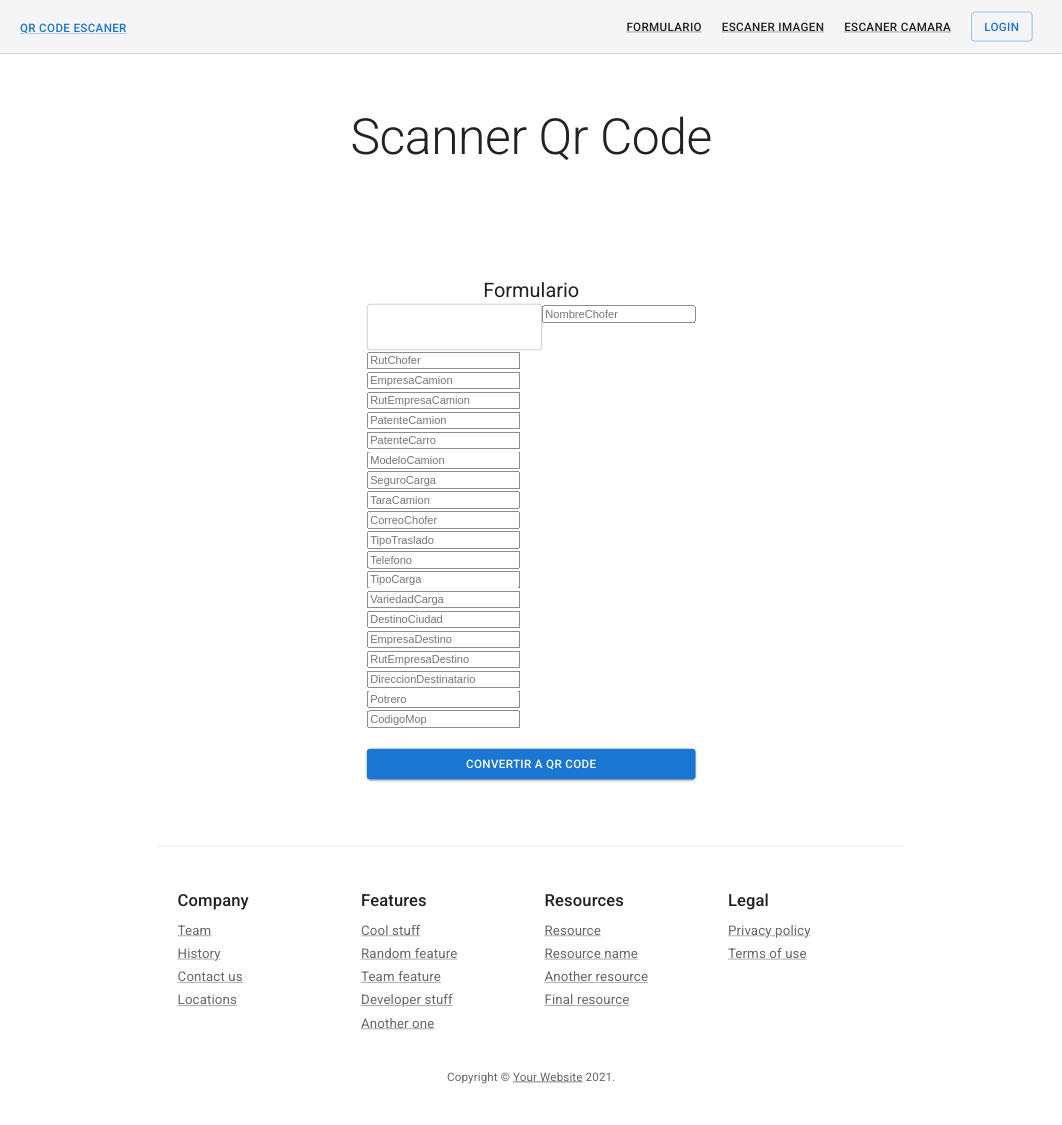
Repository: FlamesAlejandro/QrCodeForm
Page: /form
An editor plug-in stored every save of this project. The page is shown before and after a run of saves, followed by the edit.
The browser window is 1280 px wide. The pictures show the whole page, at 83% of full size.
The project was rebuilt for these pictures with package versions that can differ from the ones it lists, and the page was loaded fresh each time. Also part of the build but not shown: src/App.css, src/components/pages/ImagenEscaner.js, src/components/pages/CamaraEscaner.js, src/components/pages/Home.js.

Above is the page before, as saved 2021-10-24 07:57:27.

### src/App.js
import './App.css';
import { AppRouter } from './routers/AppRouter';

function App() {
  return (
    <>
      <AppRouter />
    </>
  );
}

export default App;

### src/routers/AppRouter.js
import React from 'react'
import { Switch, Route, Redirect, BrowserRouter as Router } from 'react-router-dom'
import CssBaseline from '@mui/material/CssBaseline';
import Typography from '@mui/material/Typography';
import GlobalStyles from '@mui/material/GlobalStyles';
import Container from '@mui/material/Container';
import { MainNavbar } from '../components/ui/MainNavbar';
import { MainFooter } from '../components/ui/MainFooter';
import { Form } from '../components/pages/Form';
import { ImagenEscaner } from '../components/pages/ImagenEscaner';
import { CamaraEscaner } from '../components/pages/CamaraEscaner';
import { Home } from '../components/pages/Home';

export const AppRouter = () => {
    return (
        <>
        <Router>
            <GlobalStyles styles={{ ul: { margin: 0, padding: 0, listStyle: 'none' } }} />
                <CssBaseline />

                <MainNavbar />

                {/* Hero unit */}
                <Container disableGutters maxWidth="sm" component="main" sx={{ pt: 8, pb: 6 }}>
                    <Typography
                    component="h1"
                    variant="h2"
                    align="center"
                    color="text.primary"
                    gutterBottom
                    >
                    Scanner Qr Code
                    </Typography>

                </Container>

                {/* Contenido */}
                <Container maxWidth="md" component="main">

                    <Switch>
                        <Route exact path="/form" component={ Form } />
                        <Route exact path="/imagen" component={ ImagenEscaner } />
                        <Route exact path="/camara" component={ CamaraEscaner } />
                        <Route exact path="/home" component={ Home } />
                        <Redirect to="/home" />
                    </Switch>

                </Container>

                {/* Footer */}
                <Container
                    maxWidth="md"
                    component="footer"
                    sx={{
                    borderTop: (theme) => `1px solid ${theme.palette.divider}`,
                    mt: 8,
                    py: [3, 6],
                    }}
                >
                    <MainFooter />

                </Container>
                {/* End footer */}
            </Router>
        </>
    )
}

### src/components/ui/MainNavbar.js
import React from 'react'
import AppBar from '@mui/material/AppBar';
import Button from '@mui/material/Button';
import Toolbar from '@mui/material/Toolbar';
import Typography from '@mui/material/Typography';
import Link from '@mui/material/Link';

export const MainNavbar = () => {
    return (
        <>
            <AppBar
                position="static"
                color="default"
                elevation={0}
                sx={{ borderBottom: (theme) => `1px solid ${theme.palette.divider}` }}
            >
                <Toolbar sx={{ flexWrap: 'wrap' }}>
                <Typography variant="h6" color="inherit" noWrap sx={{ flexGrow: 1 }}>
                    <Link
                            variant="button"
                            href="/home"
                        >QR CODE Escaner
                    </Link>
                </Typography>
                <nav>
                    <Link
                        variant="button"
                        color="text.primary"
                        href="/form"
                        sx={{ my: 1, mx: 1.5 }}
                    >
                    Formulario
                    </Link>
                    <Link
                        variant="button"
                        color="text.primary"
                        href="/imagen"
                        sx={{ my: 1, mx: 1.5 }}
                    >
                    Escaner Imagen
                    </Link>
                    <Link
                        variant="button"
                        color="text.primary"
                        href="/camara"
                        sx={{ my: 1, mx: 1.5 }}
                    >
                    Escaner Camara
                    </Link>
                </nav>
                <Button href="/home" variant="outlined" sx={{ my: 1, mx: 1.5 }}>
                    Login
                </Button>
                </Toolbar>
            </AppBar>
        </>
    )
}

### src/components/ui/MainFooter.js
import React from 'react'
import Grid from '@mui/material/Grid';
import Typography from '@mui/material/Typography';
import Link from '@mui/material/Link';

function Copyright(props) {
    return (
      <Typography variant="body2" color="text.secondary" align="center" {...props}>
        {'Copyright © '}
        <Link color="inherit" href="https://mui.com/">
          Your Website
        </Link>{' '}
        {new Date().getFullYear()}
        {'.'}
      </Typography>
    );
  }

  const footers = [
    {
      title: 'Company',
      description: ['Team', 'History', 'Contact us', 'Locations'],
    },
    {
      title: 'Features',
      description: [
        'Cool stuff',
        'Random feature',
        'Team feature',
        'Developer stuff',
        'Another one',
      ],
    },
    {
      title: 'Resources',
      description: ['Resource', 'Resource name', 'Another resource', 'Final resource'],
    },
    {
      title: 'Legal',
      description: ['Privacy policy', 'Terms of use'],
    },
  ];

export const MainFooter = () => {

    return (
        <>
            <Grid container spacing={4} justifyContent="space-evenly">
                {footers.map((footer) => (
                    <Grid item xs={6} sm={3} key={footer.title}>
                    <Typography variant="h6" color="text.primary" gutterBottom>
                        {footer.title}
                    </Typography>
                    <ul>
                        {footer.description.map((item) => (
                        <li key={item}>
                            <Link href="#" variant="subtitle1" color="text.secondary">
                            {item}
                            </Link>
                        </li>
                        ))}
                    </ul>
                    </Grid>
                ))}
            </Grid>
            <Copyright sx={{ mt: 5 }} />
        </>
    )
}

### src/components/pages/Form.js
import React, { useState } from 'react'
import Button from '@mui/material/Button';
import CssBaseline from '@mui/material/CssBaseline';
import TextField from '@mui/material/TextField';
import Grid from '@mui/material/Grid';
import Box from '@mui/material/Box';
import Typography from '@mui/material/Typography';
import Container from '@mui/material/Container';
import QRCode from 'qrcode';
import { useForm } from "react-hook-form";

export const Form = () => {

    const [imgUrl, setImgUrl] = useState('');

    const { register, handleSubmit, formState: { errors } } = useForm();
    const onSubmit = data => console.log(data);
    console.log(errors);

    // const generarQrCode = async(event) => {
    //     try {
    //         event.preventDefault();
    //         const data = new FormData(event.currentTarget);
    //         const response = await QRCode.toDataURL(data);
    //         setImgUrl(response);

    //     } catch (error) {
    //       console.log(error);
    //     }
    // }

    return (
        <>
            <Container component="main" maxWidth="xs">
                <CssBaseline />
                <Box
                sx={{
                    marginTop: 8,
                    display: 'flex',
                    flexDirection: 'column',
                    alignItems: 'center',
                }}
                >
                <Typography component="h1" variant="h5">
                    Formulario
                </Typography>

                <form onSubmit={handleSubmit(onSubmit)}>
                <Grid item xs={12} sm={6}>
                    <TextField></TextField>
                        <input type="text" placeholder="NombreChofer" {...register("NombreChofer", {})} />
                    </Grid>
                    <Grid item xs={12} sm={6}>
                        <input type="text" placeholder="RutChofer" {...register("RutChofer", {})} />
                    </Grid>
                    <Grid item xs={12} sm={6}>
                        <input type="text" placeholder="EmpresaCamion" {...register("EmpresaCamion", {})} />
                    </Grid>
                    <Grid item xs={12} sm={6}>
                        <input type="text" placeholder="RutEmpresaCamion" {...register("RutEmpresaCamion", {})} />
                    </Grid>
                    <Grid item xs={12} sm={6}>
                        <input type="text" placeholder="PatenteCamion" {...register("PatenteCamion", {})} />
                    </Grid>
                    <Grid item xs={12} sm={6}>
                        <input type="text" placeholder="PatenteCarro" {...register("PatenteCarro", {})} />
                    </Grid>
                    <Grid item xs={12} sm={6}>
                        <input type="text" placeholder="ModeloCamion" {...register("ModeloCamion", {})} />
                    </Grid>
                    <Grid item xs={12} sm={6}>
                        <input type="text" placeholder="SeguroCarga" {...register("SeguroCarga", {})} />
                    </Grid>
                    <Grid item xs={12} sm={6}>
                        <input type="text" placeholder="TaraCamion" {...register("TaraCamion", {})} />
                    </Grid>
                    <Grid item xs={12} sm={6}>
                        <input type="text" placeholder="CorreoChofer" {...register("CorreoChofer", {})} />
                    </Grid>
                    <Grid item xs={12} sm={6}>
                        <input type="text" placeholder="TipoTraslado" {...register("TipoTraslado", {})} />
                    </Grid>
                    <Grid item xs={12} sm={6}>
                        <input type="text" placeholder="Telefono" {...register("Telefono", {})} />
                    </Grid>
                    <Grid item xs={12} sm={6}>
                        <input type="text" placeholder="TipoCarga" {...register("TipoCarga", {})} />
                    </Grid>
                    <Grid item xs={12} sm={6}>
                        <input type="text" placeholder="VariedadCarga" {...register("VariedadCarga", {})} />
                    </Grid>
                    <Grid item xs={12} sm={6}>
                        <input type="text" placeholder="DestinoCiudad" {...register("DestinoCiudad", {})} />
                    </Grid>
                    <Grid item xs={12} sm={6}>
                        <input type="text" placeholder="EmpresaDestino" {...register("EmpresaDestino", {})} />
                    </Grid>
                    <Grid item xs={12} sm={6}>
                        <input type="text" placeholder="RutEmpresaDestino" {...register("RutEmpresaDestino", {})} />
                    </Grid>
                    <Grid item xs={12} sm={6}>
                        <input type="text" placeholder="DireccionDestinatario" {...register("DireccionDestinatario", {})} />
                    </Grid>
                    <Grid item xs={12} sm={6}>
                        <input type="text" placeholder="Potrero" {...register("Potrero", {})} />
                    </Grid>
                    <Grid item xs={12} sm={6}>
                        <input type="text" placeholder="CodigoMop" {...register("CodigoMop", {})} />
                    </Grid>
                    <Button
                        type="submit"
                        fullWidth
                        variant="contained"
                        sx={{ mt: 3, mb: 2 }}
                    >
                    Convertir a QR CODE
                    </Button>
                </form>

                {/* <Box component="form" noValidate onSubmit={generarQrCode} sx={{ mt: 3 }}>
                    <Grid container spacing={2}>
                    <Grid item xs={12} sm={6}>
                        <TextField
                        autoComplete="NombreChofer"
                        name="NombreChofer"
                        required
                        fullWidth
                        id="NombreChofer"
                        label="NombreChofer"
                        autoFocus
                        />
                    </Grid>
                    <Grid item xs={12} sm={6}>
                        <TextField
                        required
                        fullWidth
                        id="RutChofer"
                        label="RutChofer"
                        name="RutChofer"
                        autoComplete="RutChofer"
                        />
                    </Grid>
                    <Grid item xs={12} sm={6}>
                        <TextField
                        autoComplete="EmpresaCamion"
                        name="EmpresaCamion"
                        required
                        fullWidth
                        id="EmpresaCamion"
                        label="EmpresaCamion"
                        autoFocus
                        />
                    </Grid>
                    <Grid item xs={12} sm={6}>
                        <TextField
                        required
                        fullWidth
                        id="RutEmpresaCamion"
                        label="RutEmpresaCamion"
                        name="RutEmpresaCamion"
                        autoComplete="RutEmpresaCamion"
                        />
                    </Grid>
                    <Grid item xs={12} sm={6}>
                        <TextField
                        autoComplete="PatenteCamion"
                        name="PatenteCamion"
                        required
                        fullWidth
                        id="PatenteCamion"
                        label="PatenteCamion"
                        autoFocus
                        />
                    </Grid>
                    <Grid item xs={12} sm={6}>
                        <TextField
                        required
                        fullWidth
                        id="PatenteCarro"
                        label="PatenteCarro"
                        name="PatenteCarro"
                        autoComplete="PatenteCarro"
                        />
                    </Grid>
                    <Grid item xs={12} sm={6}>
                        <TextField
                        autoComplete="ModeloCamion"
                        name="ModeloCamion"
                        required
                        fullWidth
                        id="ModeloCamion"
                        label="ModeloCamion"
                        autoFocus
                        />
                    </Grid>
                    <Grid item xs={12} sm={6}>
                        <TextField
                        required
                        fullWidth
                        id="SeguroCarga"
                        label="SeguroCarga"
                        name="SeguroCarga"
                        autoComplete="SeguroCarga"
                        />
                    </Grid>
                    <Grid item xs={12} sm={6}>
                        <TextField
                        autoComplete="TaraCamion"
                        name="TaraCamion"
                        required
                        fullWidth
                        id="TaraCamion"
                        label="TaraCamion"
                        autoFocus
                        />
                    </Grid>
                    <Grid item xs={12} sm={6}>
                        <TextField
                        required
                        fullWidth
                        id="CorreoChofer"
                        label="CorreoChofer"
                        name="CorreoChofer"
                        autoComplete="CorreoChofer"
                        />
                    </Grid>
                    <Grid item xs={12} sm={6}>
                        <TextField
                        autoComplete="TipoTraslado"
                        name="TipoTraslado"
                        required
                        fullWidth
                        id="TipoTraslado"
                        label="TipoTraslado"
                        autoFocus
                        />
                    </Grid>
                    <Grid item xs={12} sm={6}>
                        <TextField
                        required
                        fullWidth
                        id="Telefono"
                        label="Telefono"
                        name="Telefono"
                        autoComplete="Telefono"
                        />
                    </Grid>
                    <Grid item xs={12} sm={6}>
                        <TextField
                        autoComplete="TipoCarga"
                        name="TipoCarga"
                        required
                        fullWidth
                        id="TipoCarga"
                        label="TipoCarga"
                        autoFocus
                        />
                    </Grid>
                    <Grid item xs={12} sm={6}>
                        <TextField
                        required
                        fullWidth
                        id="VariedadCarga"
                        label="VariedadCarga"
                        name="VariedadCarga"
                        autoComplete="VariedadCarga"
                        />
                    </Grid>
                    <Grid item xs={12} sm={6}>
                        <TextField
                        autoComplete="DestinoCiudad"
                        name="DestinoCiudad"
                        required
                        fullWidth
                        id="DestinoCiudad"
                        label="DestinoCiudad"
                        autoFocus
                        />
                    </Grid>
                    <Grid item xs={12} sm={6}>
                        <TextField
                        required
                        fullWidth
                        id="EmpresaDestino"
                        label="EmpresaDestino"
                        name="EmpresaDestino"
                        autoComplete="EmpresaDestino"
                        />
                    </Grid>
                    <Grid item xs={12} sm={6}>
                        <TextField
                        autoComplete="RutEmpresaDestino"
                        name="RutEmpresaDestino"
                        required
                        fullWidth
                        id="RutEmpresaDestino"
                        label="RutEmpresaDestino"
                        autoFocus
                        />
                    </Grid>
                    <Grid item xs={12} sm={6}>
                        <TextField
                        required
                        fullWidth
                        id="DireccionDestinatario"
                        label="DireccionDestinatario"
                        name="DireccionDestinatario"
                        autoComplete="DireccionDestinatario"
                        />
                    </Grid>
                    <Grid item xs={12} sm={6}>
                        <TextField
                        autoComplete="Potrero"
                        name="Potrero"
                        required
                        fullWidth
                        id="Potrero"
                        label="Potrero"
                        autoFocus
                        />
                    </Grid>
                    <Grid item xs={12} sm={6}>
                        <TextField
                        required
                        fullWidth
                        id="CodigoMop"
                        label="CodigoMop"
                        name="CodigoMop"
                        autoComplete="CodigoMop"
                        />
                    </Grid>
                    </Grid>
                    <Button
                        type="submit"
                        fullWidth
                        variant="contained"
                        sx={{ mt: 3, mb: 2 }}
                    >
                    Convertir a QR CODE
                    </Button> */}
                {/* </Box> */}
                </Box>
                {imgUrl ? (
                    <a href={imgUrl} download>
                        <img src={imgUrl} alt="img" />
                    </a>)
                : null}
            </Container>
        </>
    )
}

Loaded but not shown: public/index.html (common file); src/index.js (common file); src/index.css (common file); src/reportWebVitals.js (common file)

After the next 2 saves:
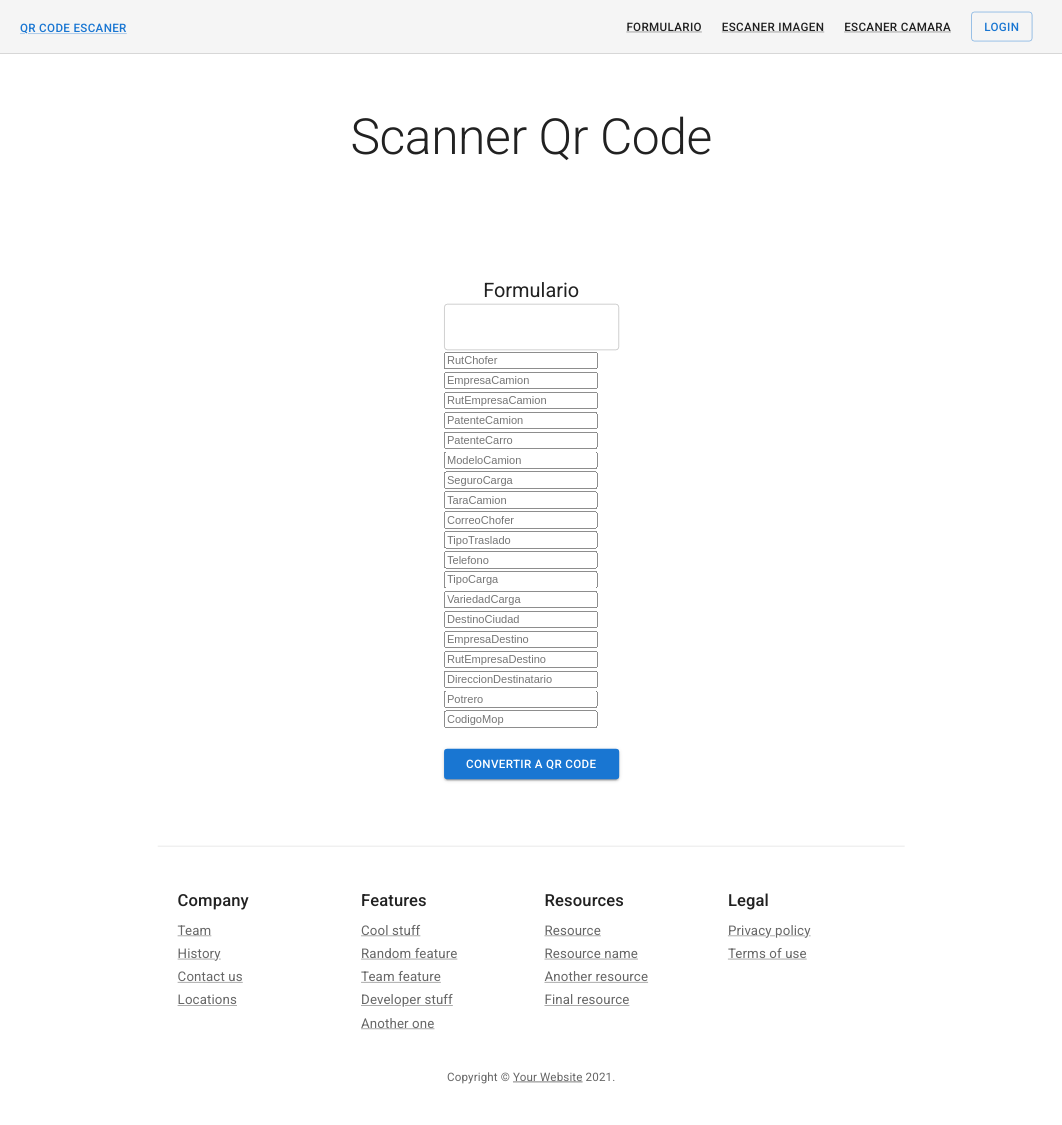
The 2 saves are shown as one change because they came seconds apart.
The last was saved 9 s later.
--- a/src/components/pages/Form.js
+++ b/src/components/pages/Form.js
@@ -47,8 +47,9 @@ export const Form = () => {
 
                 <form onSubmit={handleSubmit(onSubmit)}>
                 <Grid item xs={12} sm={6}>
-                    <TextField></TextField>
+                    <TextField>
                         <input type="text" placeholder="NombreChofer" {...register("NombreChofer", {})} />
+                        </TextField>
                     </Grid>
                     <Grid item xs={12} sm={6}>
                         <input type="text" placeholder="RutChofer" {...register("RutChofer", {})} />
